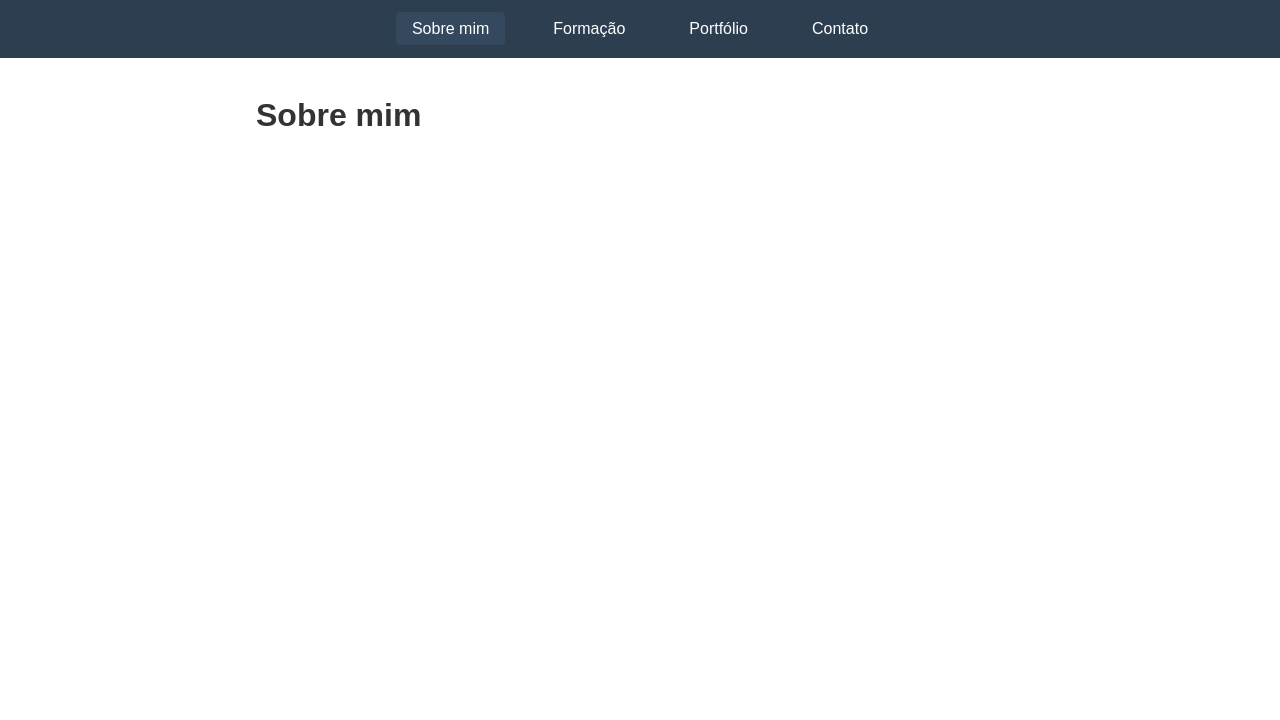
Repository: AnderHonorato/meu-portfolio
Page: index.html
The author's editor kept a copy of each file at every save. The page is drawn from the files as they stood at one save, then again after the next save.
The browser window is 1280 px wide. The pictures show the whole page.

Above is the page before, as saved 2025-08-26 19:39:00.

After the next save:
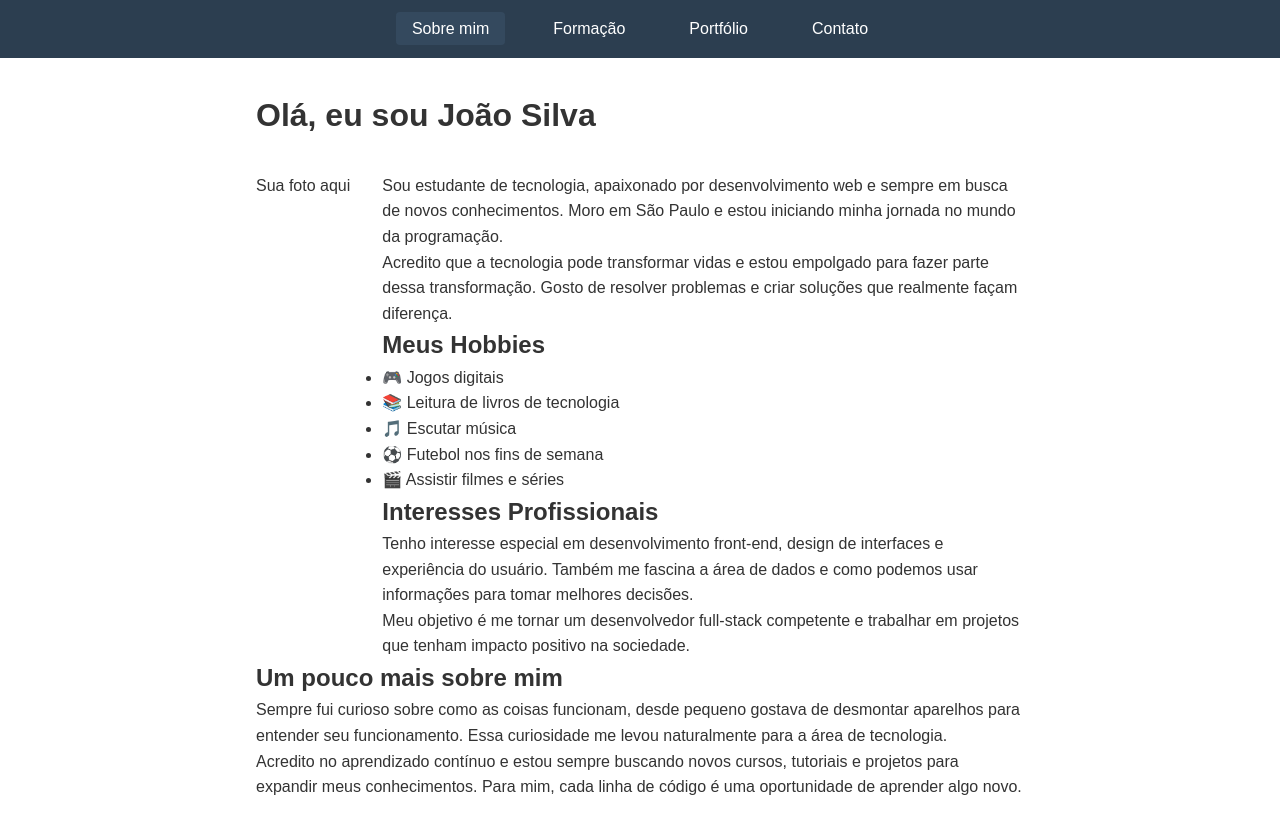
Saved 2 min 2 s later.
--- a/index.html
+++ b/index.html
@@ -3,11 +3,11 @@
 <head>
     <meta charset="UTF-8">
     <meta name="viewport" content="width=device-width, initial-scale=1.0">
-    <title>Seu Nome - Portfólio</title>
+    <title>João Silva - Portfólio</title>
     <link rel="stylesheet" href="css/style.css">
 </head>
 <body>
-    <!-- Menu de navegação -->
+    <!-- Menu de navegação principal -->
     <nav class="menu">
         <ul>
             <li><a href="index.html" class="ativo">Sobre mim</a></li>
@@ -17,10 +17,47 @@
         </ul>
     </nav>
 
-    <!-- Conteúdo principal -->
+    <!-- Conteúdo principal da página -->
     <main class="conteudo">
-        <h1>Sobre mim</h1>
-        <!-- Seu conteúdo aqui -->
+        <h1>Olá, eu sou João Silva</h1>
+
+        <div class="sobre-container">
+            <!-- Seção da foto de perfil -->
+            <div class="foto-perfil">
+                <div class="placeholder-foto">
+                    <p>Sua foto aqui</p>
+                </div>
+            </div>
+
+            <!-- Seção de informações pessoais -->
+            <div class="texto-sobre">
+                <p>Sou estudante de tecnologia, apaixonado por desenvolvimento web e sempre em busca de novos conhecimentos. Moro em São Paulo e estou iniciando minha jornada no mundo da programação.</p>
+
+                <p>Acredito que a tecnologia pode transformar vidas e estou empolgado para fazer parte dessa transformação. Gosto de resolver problemas e criar soluções que realmente façam diferença.</p>
+
+                <h2>Meus Hobbies</h2>
+                <ul class="lista-hobbies">
+                    <li>🎮 Jogos digitais</li>
+                    <li>📚 Leitura de livros de tecnologia</li>
+                    <li>🎵 Escutar música</li>
+                    <li>⚽ Futebol nos fins de semana</li>
+                    <li>🎬 Assistir filmes e séries</li>
+                </ul>
+
+                <h2>Interesses Profissionais</h2>
+                <p>Tenho interesse especial em desenvolvimento front-end, design de interfaces e experiência do usuário. Também me fascina a área de dados e como podemos usar informações para tomar melhores decisões.</p>
+
+                <p>Meu objetivo é me tornar um desenvolvedor full-stack competente e trabalhar em projetos que tenham impacto positivo na sociedade.</p>
+            </div>
+        </div>
+
+        <!-- Seção adicional de informações -->
+        <div class="info-adicional">
+            <h2>Um pouco mais sobre mim</h2>
+            <p>Sempre fui curioso sobre como as coisas funcionam, desde pequeno gostava de desmontar aparelhos para entender seu funcionamento. Essa curiosidade me levou naturalmente para a área de tecnologia.</p>
+
+            <p>Acredito no aprendizado contínuo e estou sempre buscando novos cursos, tutoriais e projetos para expandir meus conhecimentos. Para mim, cada linha de código é uma oportunidade de aprender algo novo.</p>
+        </div>
     </main>
 </body>
 </html>
